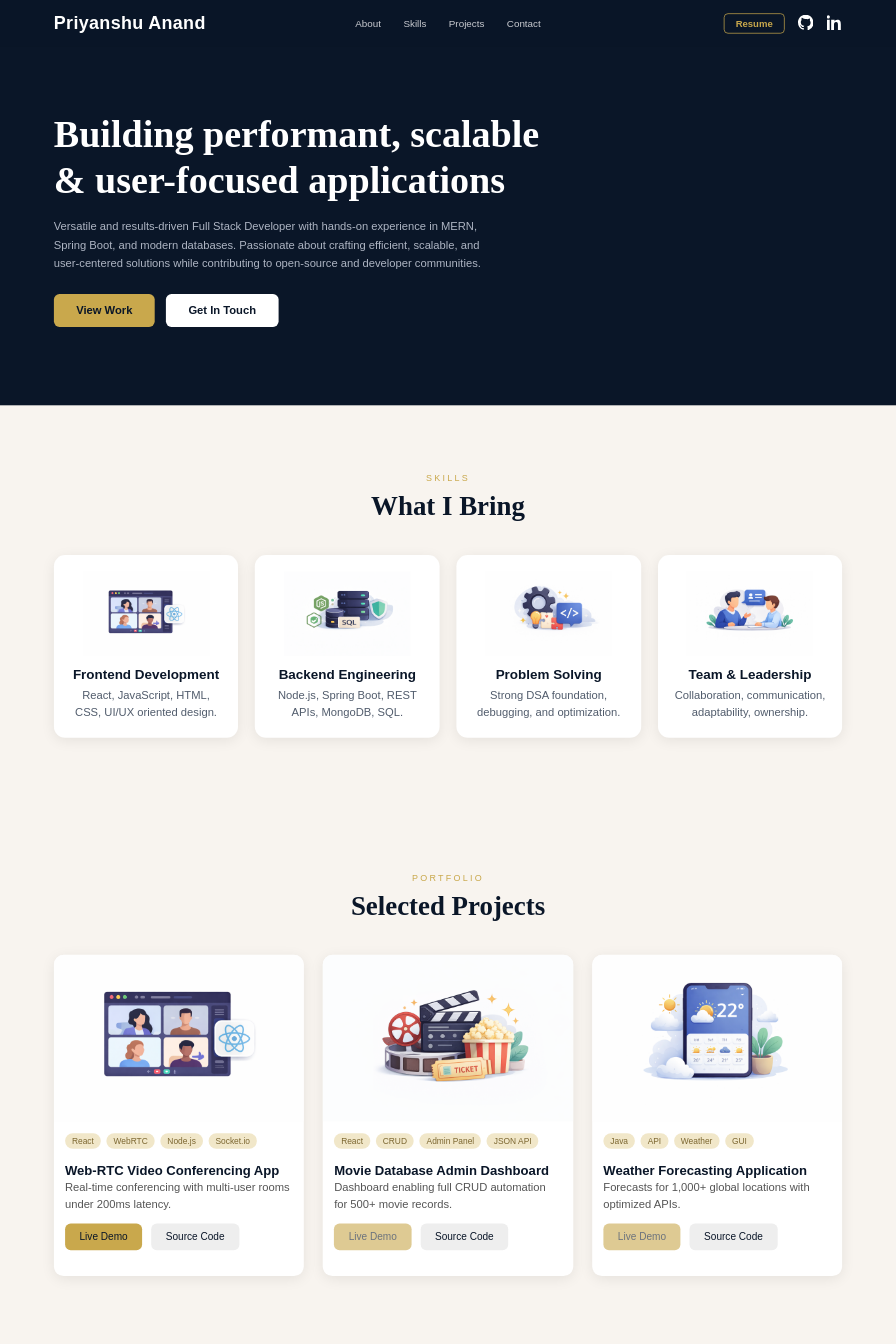
Repository: priyanshuanand12022/My-Portfolio
Page: /
An editor plug-in stored every save of this project. The page is shown before and after a run of saves, followed by the edit.
The browser window is 1280 px wide. The pictures show the part of the page from y = 0 to 1920 px (the page is 3317 px tall), at 70% of full size.
The project was rebuilt for these pictures with package versions that can differ from the ones it lists, and the page was loaded fresh each time. Also part of the build but not shown: vite.config.js.

Above is the page before, as saved 2026-02-26 12:16:10.

After the next 2 saves:
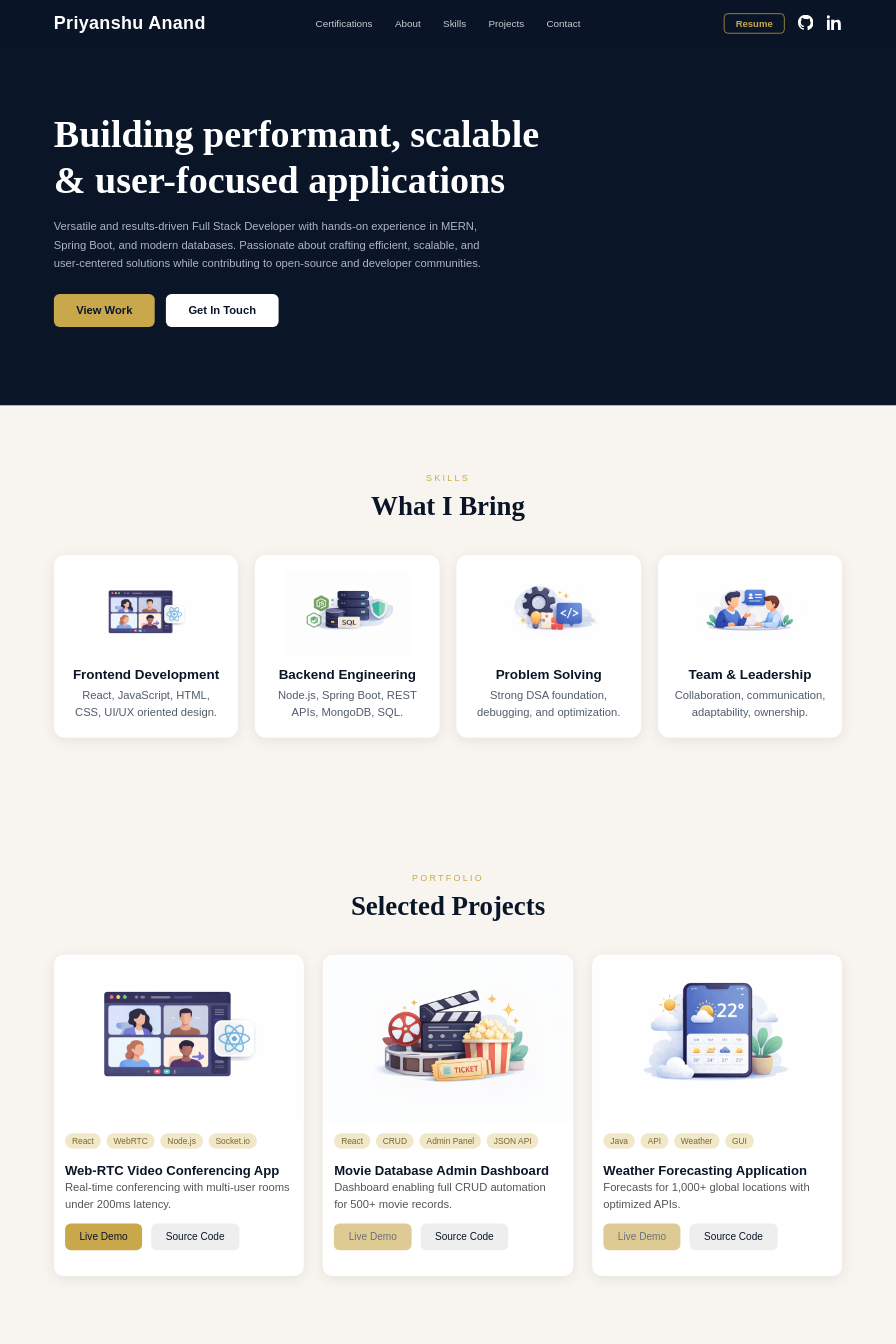
The 2 saves are shown as one change because they came seconds apart.
The last was saved 66 s later.
--- a/src/Portfolio.jsx
+++ b/src/Portfolio.jsx
@@ -56,6 +56,7 @@
 
   {/* Center */}
   <ul className="nav-center">
+    <li><a href="#certifications">Certifications</a></li>
     <li><a href="#about">About</a></li>
     <li><a href="#skills">Skills</a></li>
     <li><a href="#projects">Projects</a></li>
